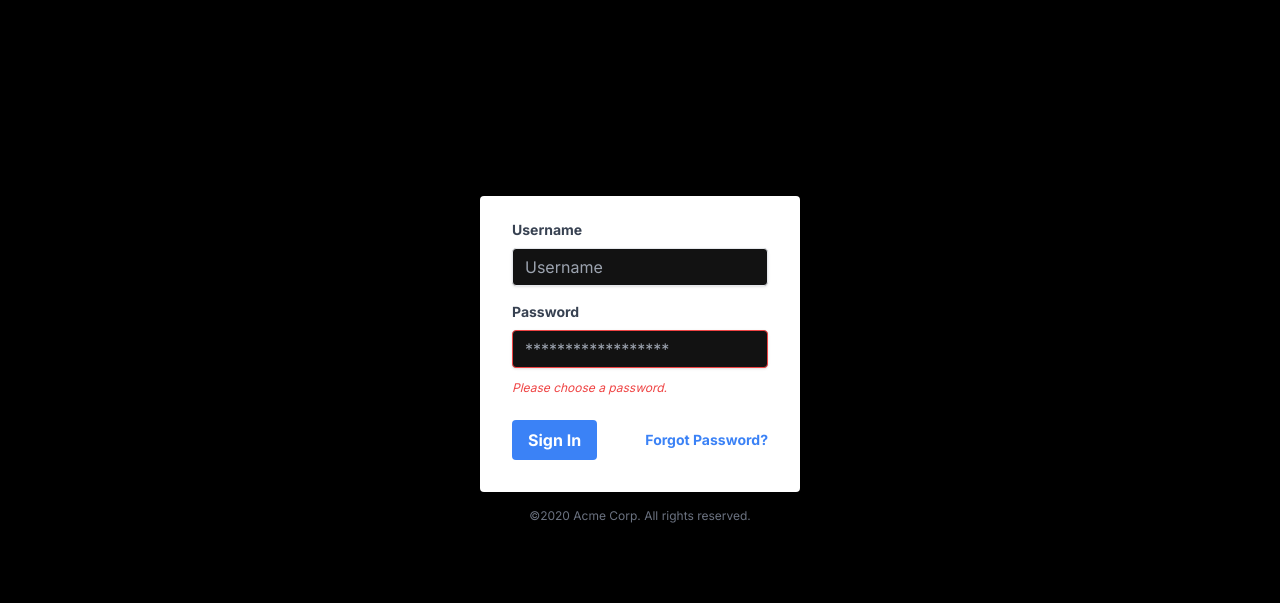
Repository: uh-sman/tasks
Page: /auth
These files come from the project's save history. The page is drawn as it stood at one moment and after the next save; the edit follows.
The browser window is 1280 px wide. The pictures show the whole page.
The project was rebuilt for these pictures with package versions that can differ from the ones it lists, and the page was loaded fresh each time. The framework's server and built-in components were replaced by stand-ins that run in the browser. Also part of the build but not shown: next.config.js.

Above is the page before, as saved 2024-01-12 10:52:17.

### app/layout.tsx
import type { Metadata } from "next";
import { Inter } from "next/font/google";
import "./globals.css";
import Head from "next/head";
import Sidebar from "../components/Sidebar";
import Home from "./(site)/page";
import ToasterProvider from "@/providers/ToasterProvider";

const inter = Inter({ subsets: ["latin"] });

export const metadata: Metadata = {
  title: "Create Next App",
  description: "Generated by create next app",
};

export default function RootLayout({
  children,
}: {
  children: React.ReactNode;
}, ) {
  return (
    <html lang="en">
      <body className={inter.className}>
        <ToasterProvider />
        {children}
      </body>
    </html>
  );
}


{/* <Home>
        {children}
        </Home> */}
        {/* <Sidebar>
          {children}
        </Sidebar> */}
        {/* {children} */}

### app/(components)/auth/layout.tsx
export default function AuthLayout({
    children,
  }: {
    children: React.ReactNode
  }) {
    return (
      <div className="">
        {children}
      </div>
    )
  }

### app/(components)/auth/page.tsx
'use client'
import { useState } from "react";
import axios, { AxiosError } from "axios";
const AuthForm = () => {
    const [ form, setForm ] = useState({
        username:'',
        email:'',
        password:"",
    })

    const handleSubmit = async (e:React.FormEvent<HTMLButtonElement>) => {
        e.preventDefault()
        const {username, password} = form
        try {
          const response =  await axios.post('/api/auth/login', {
                username,
                password
            })
            console.log(response.data)
        } catch (e) {
            const error = e as AxiosError
        }
    }

  return (
    <div className="flex justify-center items-center h-screen">
      <div className="w-full max-w-xs">
  <form className="bg-white shadow-md rounded px-8 pt-6 pb-8 mb-4">
    <div className="mb-4">
      <label className="block text-gray-700 text-sm font-bold mb-2" htmlFor="username">
        Username
      </label>
      <input onChange={(e) => setForm({username: e.target.value})} className="shadow appearance-none border rounded w-full py-2 px-3 text-gray-700 leading-tight focus:outline-none focus:shadow-outline" id="username" type="text" placeholder="Username" />
    </div>
    <div className="mb-6">
      <label className="block text-gray-700 text-sm font-bold mb-2" htmlFor="password">
        Password
      </label>
      <input onChange={(e) => setForm({password: e.target.value})} className="shadow appearance-none border border-red-500 rounded w-full py-2 px-3 text-gray-700 mb-3 leading-tight focus:outline-none focus:shadow-outline" id="password" type="password" placeholder="******************"/>
      <p className="text-red-500 text-xs italic">Please choose a password.</p>
    </div>
    <div className="flex items-center justify-between">
      <button onClick={handleSubmit} className="bg-blue-500 hover:bg-blue-700 text-white font-bold py-2 px-4 rounded focus:outline-none focus:shadow-outline" type="button">
        Sign In
      </button>
      <a className="inline-block align-baseline font-bold text-sm text-blue-500 hover:text-blue-800" href="#">
        Forgot Password?
      </a>
    </div>
  </form>
  <p className="text-center text-gray-500 text-xs">
    &copy;2020 Acme Corp. All rights reserved.
  </p>
</div>
    </div>
  );
};

export default AuthForm;

### app/globals.css
@tailwind base;
@tailwind components;
@tailwind utilities;

html,
body,
:root{
  height: 100%;
  background-color: black;
  color-scheme: dark;
}

### providers/ToasterProvider.tsx
'use client'
import { Toaster } from "react-hot-toast"

const ToasterProvider = () => {
    return (
        <Toaster />
    )
}

export default ToasterProvider

Loaded but not shown: tailwind.config.ts (common file)

After the next save:
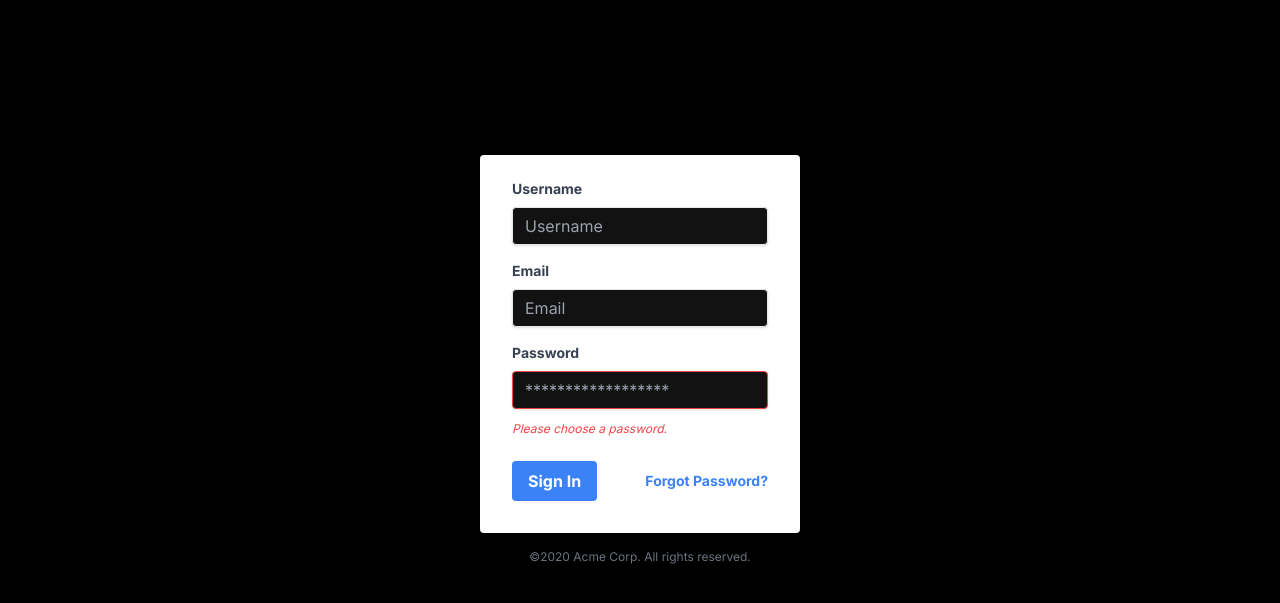
Saved 12 min 25 s later.
--- a/app/(components)/auth/page.tsx
+++ b/app/(components)/auth/page.tsx
@@ -32,6 +32,12 @@ const AuthForm = () => {
       </label>
       <input onChange={(e) => setForm({username: e.target.value})} className="shadow appearance-none border rounded w-full py-2 px-3 text-gray-700 leading-tight focus:outline-none focus:shadow-outline" id="username" type="text" placeholder="Username" />
     </div>
+    <div className="mb-4">
+      <label className="block text-gray-700 text-sm font-bold mb-2" htmlFor="username">
+        Email
+      </label>
+      <input onChange={(e) => setForm({email: e.target.value})} className="shadow appearance-none border rounded w-full py-2 px-3 text-gray-700 leading-tight focus:outline-none focus:shadow-outline" id="username" type="text" placeholder="Email" />
+    </div>
     <div className="mb-6">
       <label className="block text-gray-700 text-sm font-bold mb-2" htmlFor="password">
         Password
